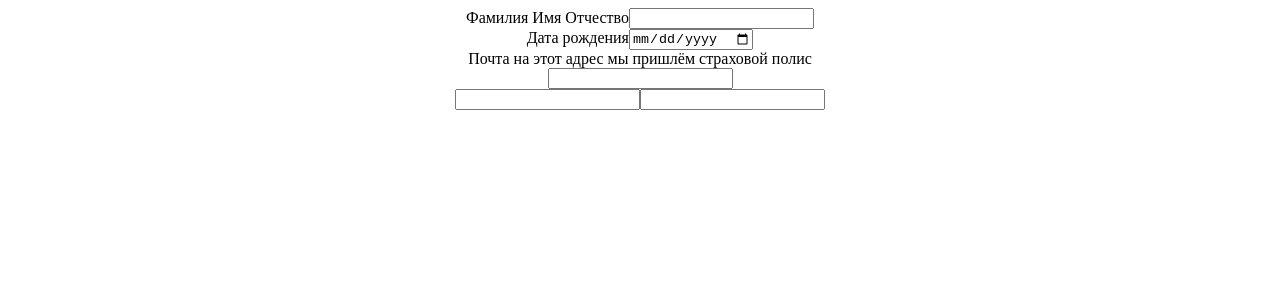
Repository: asya-aisa/test-work
Page: /
An editor plug-in stored every save of this project. The page is shown before and after a run of saves, followed by the edit.
The browser window is 1280 px wide. The pictures show the whole page.
The project was rebuilt for these pictures with package versions that can differ from the ones it lists, and the page was loaded fresh each time.

Above is the page before, as saved 2023-07-20 00:27:45.

### src/App.js

import './App.css';
import { InfoPartOne } from './InfoPartOne';

function App() {
  return (
    <div className="App">
      <InfoPartOne />
    </div>
  );
}

export default App;

### src/InfoPartOne.js
import { Component } from "react";
import React from "react"
import InputMask from "react-input-mask";

export class InfoPartOne extends Component {
    state = {
        inputBirthday: '',
        textIfUnder18: '',
        inputPassport: ''
    }

    onChangeEventBirthday(e) {
        this.setState({inputBirthday: e})

        let date18ago = new Date();
        date18ago.setFullYear(date18ago.getFullYear() - 18);

        let userDate = new Date(e);

        if(userDate > date18ago) {
            this.setState({textIfUnder18: 'нельзя подписать договор, если вам меньше 18 лет'})
        }
        else {
            this.setState({textIfUnder18: ''})
        }
    }

    // numberPassport(e) {
    //     this.setState({inputPassport: e})

    //     if(e.length < 10) {
    //         console.log('wrong number')
    //     }
    // }


    render() {
        return (
            <div>
                <div>
                <label>Фамилия Имя Отчество</label>
                <input type="text" pattern="a-zа-я" />
                </div>

                <div>
                <label>Дата рождения</label>
                <input type="date"
                onChange={(e) => {this.onChangeEventBirthday(e.target.value)}}
                value={this.state.inputBirthday}/>
                <label>{this.state.textIfUnder18}</label>
                </div>
                <div>
                    <div>
                      <label>Почта </label>
                      <label>на этот адрес мы пришлём страховой полис</label>
                    </div>
                    <input type="email" required=""  />
                </div>
                <div>
                <InputMask mask="9999 999999"
                // onChange={(e) => {this.numberPassport(e.target.value)}}
                // value={this.state.inputPassport}
                 />
                 <input type="text" />
                </div>

            </div>
        )
    }
}

Loaded but not shown: public/index.html (common file); src/index.js (common file); src/reportWebVitals.js (common file); src/App.css (common file)

After the next 2 saves:
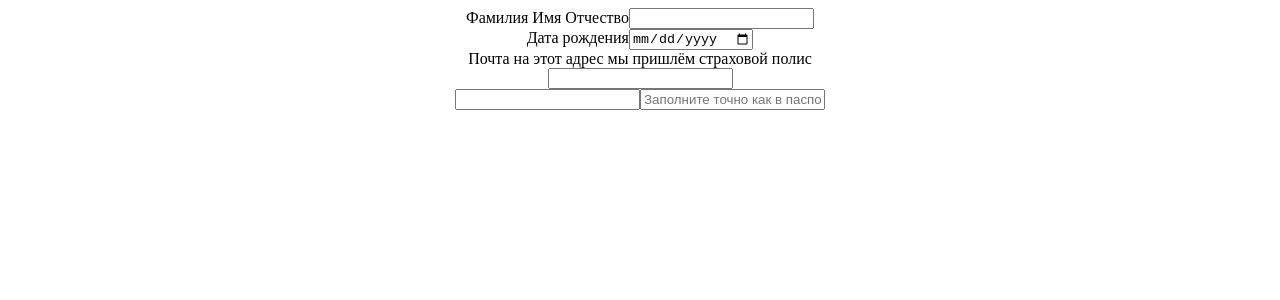
The 2 saves are shown as one change because they came seconds apart.
The last was saved 27 s later.
--- a/src/InfoPartOne.js
+++ b/src/InfoPartOne.js
@@ -61,7 +61,7 @@ export class InfoPartOne extends Component {
                 // onChange={(e) => {this.numberPassport(e.target.value)}}
                 // value={this.state.inputPassport}
                  />
-                 <input type="text" />
+                 <input type="text" placeholder="Заполните точно как в паспорте"/>
                 </div>
 
             </div>
